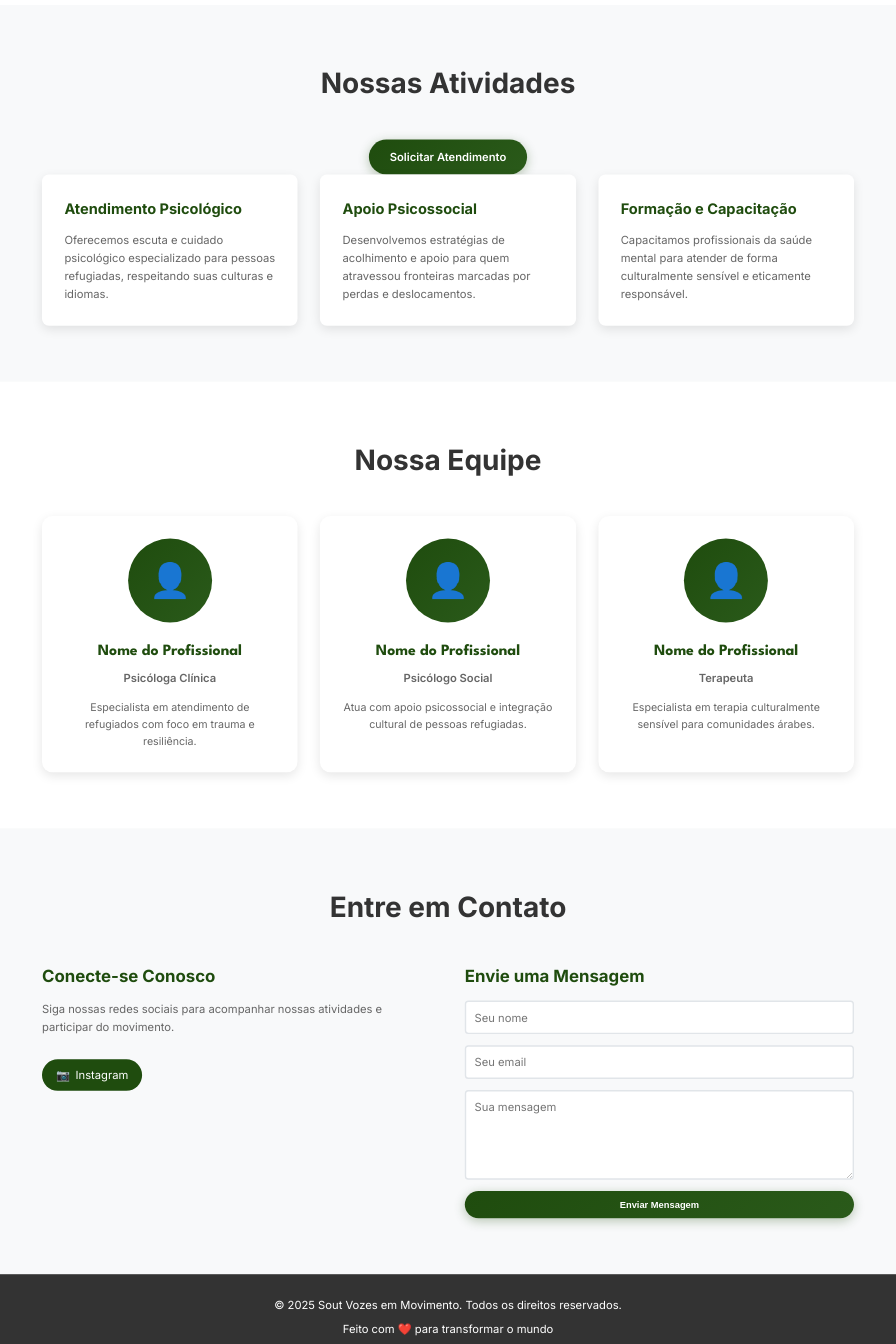
Repository: farukzahra/sout
Page: index.html
The author's editor kept a copy of each file at every save. The page is drawn from the files as they stood at one save, then again after the next save.
The browser window is 1280 px wide. The pictures show the part of the page from y = 1385 to 3305 px (the page is 3338 px tall before and 3386 px after), at 70% of full size.
Some web fonts or font styles are not loaded; a fallback is used.

Above is the page before, as saved 2025-10-02 18:58:53.

### index.html
<!DOCTYPE html>
<html lang="pt-BR">
<head>
    <meta charset="UTF-8">
    <meta name="viewport" content="width=device-width, initial-scale=1.0">
    <title>Sout Vozes em Movimento</title>
    <meta name="description" content="Sout Vozes em Movimento - Movimento social e cultural">
    <link rel="stylesheet" href="style.css">
    <link href="https://fonts.googleapis.com/css2?family=Inter:wght@300;400;600;700&display=swap" rel="stylesheet">
    <link href="https://fonts.googleapis.com/css2?family=League+Spartan:wght@400;500;600;700;800;900&display=swap" rel="stylesheet">
    <link href="https://fonts.googleapis.com/css2?family=TT+Chocolates:wght@400;500;600;700;800;900&display=swap" rel="stylesheet">
</head>
<body>
    <header class="header">
        <nav class="nav">
            <div class="nav-brand">
                <h1>صوت</h1>
            </div>
            <ul class="nav-menu">
                <li><a href="#sobre">Sobre</a></li>
                <li><a href="#atividades">Atividades</a></li>
                <li><a href="#equipe">Equipe</a></li>
                <li><a href="#contato">Contato</a></li>
            </ul>
        </nav>
    </header>

    <main>
        <section class="hero">
            <div class="hero-content">
                <div class="hero-logo">
                    <img src="logo-sout.png" alt="Sout Vozes em Movimento" class="logo-image">
                </div>
                <p>Somos uma rede de profissionais da saúde mental dedicada ao acolhimento e atendimento de pessoas refugiadas que falam árabe ou inglês.</p>
                <div class="hero-buttons">
                    <a href="https://docs.google.com/forms/d/e/1FAIpQLSdX9GY8Kb4WV73kovT06PzRr-wZtflIAKzWhxLjnU2snoAhzg/viewform" target="_blank" class="btn btn-primary">Seja Voluntário</a>
                </div>
            </div>
        </section>

        <section id="sobre" class="section">
            <div class="container">
                <h2>Sobre o Sout</h2>
                <div class="about-content">
                    <div class="about-text">
                        <p>"Sout - Vozes em Movimento" é uma rede de profissionais da saúde mental, com foco no acolhimento e atendimento de pessoas refugiadas que falam árabe ou inglês.</p>
                        <p>Atuamos de forma ética, sensível e culturalmente situada, oferecendo escuta, cuidado psicológico e apoio psicossocial a quem atravessou fronteiras marcadas por guerras, perdas e deslocamentos forçados.</p>
                        <p>Mais do que um serviço, Sout é um gesto coletivo de resistência e presença: escutamos histórias que o mundo silencia e cuidamos de vozes que seguem em movimento.</p>
                        <p>Num tempo em que tantas portas se fecham, escolhemos abrir escuta e afeto na língua que abriga a alma.</p>
                        <p>Acompanhe e apoie nosso trabalho!</p>
                    </div>
                    <div class="about-image">
                        <div class="placeholder-image">
                            <span>Imagem do Coletivo</span>
                        </div>
                    </div>
                </div>
            </div>
        </section>

        <section id="atividades" class="section section-alt">
            <div class="container">
                <h2>Nossas Atividades</h2>
                <div class="activities-cta">
                    <a href="https://docs.google.com/forms/d/e/1FAIpQLSe5NEX1NYhxfed3NNeuTooWfu9DNvktDcvF1o4Ne_LvsSUjIw/viewform" target="_blank" class="btn btn-primary">Solicitar Atendimento</a>
                </div>
                <div class="activities-grid">
                    <div class="activity-card">
                        <h3>Atendimento Psicológico</h3>
                        <p>Oferecemos escuta e cuidado psicológico especializado para pessoas refugiadas, respeitando suas culturas e idiomas.</p>
                    </div>
                    <div class="activity-card">
                        <h3>Apoio Psicossocial</h3>
                        <p>Desenvolvemos estratégias de acolhimento e apoio para quem atravessou fronteiras marcadas por perdas e deslocamentos.</p>
                    </div>
                    <div class="activity-card">
                        <h3>Formação e Capacitação</h3>
                        <p>Capacitamos profissionais da saúde mental para atender de forma culturalmente sensível e eticamente responsável.</p>
                    </div>
                </div>
            </div>
        </section>

        <section id="equipe" class="section">
            <div class="container">
                <h2>Nossa Equipe</h2>
                <div class="team-grid">
                    <div class="team-card">
                        <div class="team-photo">
                            <div class="placeholder-photo">
                                <span>👤</span>
                            </div>
                        </div>
                        <h3>Nome do Profissional</h3>
                        <p class="team-role">Psicóloga Clínica</p>
                        <p class="team-description">Especialista em atendimento de refugiados com foco em trauma e resiliência.</p>
                    </div>
                    <div class="team-card">
                        <div class="team-photo">
                            <div class="placeholder-photo">
                                <span>👤</span>
                            </div>
                        </div>
                        <h3>Nome do Profissional</h3>
                        <p class="team-role">Psicólogo Social</p>
                        <p class="team-description">Atua com apoio psicossocial e integração cultural de pessoas refugiadas.</p>
                    </div>
                    <div class="team-card">
                        <div class="team-photo">
                            <div class="placeholder-photo">
                                <span>👤</span>
                            </div>
                        </div>
                        <h3>Nome do Profissional</h3>
                        <p class="team-role">Terapeuta</p>
                        <p class="team-description">Especialista em terapia culturalmente sensível para comunidades árabes.</p>
                    </div>
                </div>
            </div>
        </section>

        <section id="contato" class="section section-alt">
            <div class="container">
                <h2>Entre em Contato</h2>
                <div class="contact-content">
                    <div class="contact-info">
                        <h3>Conecte-se Conosco</h3>
                        <p>Siga nossas redes sociais para acompanhar nossas atividades e participar do movimento.</p>
                        <div class="social-links">
                            <a href="https://www.instagram.com/sout_vozesemmovimento/" target="_blank" class="social-link">
                                <span>📷</span> Instagram
                            </a>
                        </div>
                    </div>
                    <div class="contact-form">
                        <h3>Envie uma Mensagem</h3>
                        <form action="https://api.web3forms.com/submit" method="POST" id="contact-form">
                            <input type="hidden" name="access_key" value="3ed1149a-7ec4-41a6-8297-e322822d6b4c">
                            <input type="hidden" name="subject" value="Nova mensagem do site Sout Vozes em Movimento">
                            <input type="text" name="name" placeholder="Seu nome" required>
                            <input type="email" name="email" placeholder="Seu email" required>
                            <textarea name="message" placeholder="Sua mensagem" rows="5" required></textarea>
                            <button type="submit" class="btn btn-primary">Enviar Mensagem</button>
                        </form>
                    </div>
                </div>
            </div>
        </section>
    </main>

    <footer class="footer">
        <div class="container">
            <p>&copy; 2025 Sout Vozes em Movimento. Todos os direitos reservados.</p>
            <p>Feito com ❤️ para transformar o mundo</p>
        </div>
    </footer>

    <script>
        // Smooth scrolling para links internos
        document.querySelectorAll('a[href^="#"]').forEach(anchor => {
            anchor.addEventListener('click', function (e) {
                e.preventDefault();
                const target = document.querySelector(this.getAttribute('href'));
                if (target) {
                    target.scrollIntoView({
                        behavior: 'smooth',
                        block: 'start'
                    });
                }
            });
        });

        // Formulário de contato com Web3Forms
        document.getElementById('contact-form').addEventListener('submit', function(e) {
            // Mostrar loading
            const submitBtn = this.querySelector('button[type="submit"]');
            const originalText = submitBtn.textContent;
            submitBtn.textContent = 'Enviando...';
            submitBtn.disabled = true;

            // O Web3Forms vai processar automaticamente
            // Não precisamos de preventDefault() pois queremos que o form seja enviado
        });
    </script>
</body>
</html>

### style.css
/* Reset e configurações básicas */
* {
    margin: 0;
    padding: 0;
    box-sizing: border-box;
}

body {
    font-family: 'Inter', sans-serif;
    line-height: 1.6;
    color: #333;
    background-color: #fff;
}

.container {
    max-width: 1200px;
    margin: 0 auto;
    padding: 0 20px;
}

/* Header */
.header {
    background-color: #1F4C0E;
    color: white;
    padding: 1rem 0;
    position: fixed;
    top: 0;
    width: 100%;
    z-index: 1000;
    box-shadow: 0 2px 10px rgba(0,0,0,0.1);
}

.nav {
    display: flex;
    justify-content: space-between;
    align-items: center;
    max-width: 1200px;
    margin: 0 auto;
    padding: 0 20px;
}

.nav-brand h1 {
    font-size: 1.5rem;
    font-weight: 700;
    direction: rtl;
    font-family: 'TT Chocolates', 'League Spartan', 'Inter', 'Arial', sans-serif;
}

.hero-logo {
    margin-bottom: 1rem;
}

.logo-image {
    max-width: 400px;
    width: 100%;
    height: auto;
    object-fit: contain;
}

.hero-logo .logo-subtitle {
    font-size: 1.2rem;
    opacity: 0.9;
}

.nav-menu {
    display: flex;
    list-style: none;
    gap: 2rem;
}

.nav-menu a {
    color: white;
    text-decoration: none;
    font-weight: 500;
    transition: opacity 0.3s ease;
}

.nav-menu a:hover {
    opacity: 0.8;
}

/* Hero Section */
.hero {
    background-color: #1F4C0E;
    color: white;
    padding: 60px 0 80px;
    text-align: center;
    min-height: 100vh;
    display: flex;
    align-items: center;
    justify-content: center;
}


.hero-content h2 {
    font-size: 3rem;
    font-weight: 700;
    margin-bottom: 1rem;
    text-shadow: 2px 2px 4px rgba(0,0,0,0.3);
    font-family: 'League Spartan', 'Inter', 'Arial', sans-serif;
}

.hero-content {
    max-width: 800px;
    margin: 0 auto;
    padding: 0 20px;
}

.hero-content p {
    font-size: 1.2rem;
    margin-top: 1rem;
    margin-bottom: 2rem;
    max-width: 600px;
    margin-left: auto;
    margin-right: auto;
    opacity: 0.9;
}

.hero-buttons {
    display: flex;
    gap: 1rem;
    justify-content: center;
    flex-wrap: wrap;
}

/* Botões */
.btn {
    display: inline-block;
    padding: 12px 30px;
    text-decoration: none;
    border-radius: 50px;
    font-weight: 600;
    transition: all 0.3s ease;
    border: 2px solid transparent;
}

.btn-primary {
    background: linear-gradient(135deg, #1F4C0E 0%, #2a5a1a 100%);
    color: white;
    border: none;
    box-shadow: 0 4px 15px rgba(31, 76, 14, 0.3);
    transition: all 0.3s ease;
}

.btn-primary:hover {
    background: linear-gradient(135deg, #2a5a1a 0%, #1F4C0E 100%);
    transform: translateY(-2px);
    box-shadow: 0 6px 20px rgba(31, 76, 14, 0.4);
}

.btn-secondary {
    background: transparent;
    color: white;
    border: 2px solid white;
    box-shadow: 0 4px 15px rgba(255, 255, 255, 0.2);
}

.btn-secondary:hover {
    background: white;
    color: #1F4C0E;
    transform: translateY(-2px);
    box-shadow: 0 6px 20px rgba(255, 255, 255, 0.3);
}

.btn-tertiary {
    background: rgba(255, 255, 255, 0.1);
    color: white;
    border: 2px solid rgba(255, 255, 255, 0.3);
    backdrop-filter: blur(10px);
    box-shadow: 0 4px 15px rgba(255, 255, 255, 0.1);
}

.btn-tertiary:hover {
    background: rgba(255, 255, 255, 0.2);
    border-color: rgba(255, 255, 255, 0.5);
    transform: translateY(-2px);
    box-shadow: 0 6px 20px rgba(255, 255, 255, 0.2);
}

/* Seções */
.section {
    padding: 80px 0;
}

.section-alt {
    background-color: #f8f9fa;
}

.section h2 {
    text-align: center;
    font-size: 2.5rem;
    margin-bottom: 3rem;
    color: #333;
}

/* Sobre */
.about-content {
    display: grid;
    grid-template-columns: 2fr 1fr;
    gap: 3rem;
    align-items: center;
}

.about-text p {
    font-size: 1.1rem;
    margin-bottom: 1.5rem;
    color: #666;
}

.placeholder-image {
    background-color: #1F4C0E;
    height: 300px;
    border-radius: 10px;
    display: flex;
    align-items: center;
    justify-content: center;
    color: white;
    font-size: 1.2rem;
    font-weight: 600;
}

/* Atividades */
.activities-grid {
    display: grid;
    grid-template-columns: repeat(auto-fit, minmax(300px, 1fr));
    gap: 2rem;
}

/* Equipe */
.team-grid {
    display: grid;
    grid-template-columns: repeat(auto-fit, minmax(280px, 1fr));
    gap: 2rem;
    margin-top: 2rem;
}

.team-card {
    background: white;
    padding: 2rem;
    border-radius: 15px;
    box-shadow: 0 5px 15px rgba(0,0,0,0.1);
    text-align: center;
    transition: transform 0.3s ease, box-shadow 0.3s ease;
}

.team-card:hover {
    transform: translateY(-5px);
    box-shadow: 0 10px 25px rgba(0,0,0,0.15);
}

.team-photo {
    margin-bottom: 1.5rem;
}

.placeholder-photo {
    width: 120px;
    height: 120px;
    background: linear-gradient(135deg, #1F4C0E 0%, #2a5a1a 100%);
    border-radius: 50%;
    display: flex;
    align-items: center;
    justify-content: center;
    margin: 0 auto;
    font-size: 3rem;
    color: white;
}

.team-card h3 {
    color: #1F4C0E;
    margin-bottom: 0.5rem;
    font-size: 1.4rem;
    font-family: 'League Spartan', 'Inter', 'Arial', sans-serif;
}

.team-role {
    color: #666;
    font-weight: 600;
    margin-bottom: 1rem;
    font-size: 1rem;
}

.team-description {
    color: #666;
    line-height: 1.6;
    font-size: 0.95rem;
}

.activity-card {
    background: white;
    padding: 2rem;
    border-radius: 10px;
    box-shadow: 0 5px 15px rgba(0,0,0,0.1);
    transition: transform 0.3s ease, box-shadow 0.3s ease;
}

.activity-card:hover {
    transform: translateY(-5px);
    box-shadow: 0 10px 25px rgba(0,0,0,0.15);
}

.activity-card h3 {
    color: #1F4C0E;
    margin-bottom: 1rem;
    font-size: 1.3rem;
}

.activity-card p {
    color: #666;
    line-height: 1.6;
}

.activities-cta {
    text-align: center;
    margin-top: 3rem;
}

/* Contato */
.contact-content {
    display: grid;
    grid-template-columns: 1fr 1fr;
    gap: 3rem;
}

.contact-info h3 {
    color: #1F4C0E;
    margin-bottom: 1rem;
    font-size: 1.5rem;
}

.contact-info p {
    color: #666;
    margin-bottom: 2rem;
}

.social-links {
    display: flex;
    gap: 1rem;
}

.social-link {
    display: flex;
    align-items: center;
    gap: 0.5rem;
    padding: 10px 20px;
    background-color: #1F4C0E;
    color: white;
    text-decoration: none;
    border-radius: 25px;
    transition: transform 0.3s ease;
}

.social-link:hover {
    transform: translateY(-2px);
}

.contact-form h3 {
    color: #1F4C0E;
    margin-bottom: 1rem;
    font-size: 1.5rem;
}

.contact-form form {
    display: flex;
    flex-direction: column;
    gap: 1rem;
}

.contact-form input,
.contact-form textarea {
    padding: 12px;
    border: 2px solid #e1e5e9;
    border-radius: 5px;
    font-family: inherit;
    font-size: 1rem;
    transition: border-color 0.3s ease;
}

.contact-form input:focus,
.contact-form textarea:focus {
    outline: none;
    border-color: #1F4C0E;
}

.contact-form textarea {
    resize: vertical;
    min-height: 120px;
}

/* Footer */
.footer {
    background: #333;
    color: white;
    text-align: center;
    padding: 2rem 0;
}

.footer p {
    margin-bottom: 0.5rem;
}

/* Responsividade */
@media (max-width: 768px) {
    .nav {
        flex-direction: column;
        gap: 1rem;
    }

    .nav-menu {
        gap: 1rem;
    }

    .logo-image {
        max-width: 300px;
    }

    .hero-content h2 {
        font-size: 2rem;
        font-family: 'League Spartan', 'Inter', 'Arial', sans-serif;
    }

    .hero-buttons {
        flex-direction: column;
        align-items: center;
        gap: 0.8rem;
    }

    .about-content,
    .contact-content {
        grid-template-columns: 1fr;
        gap: 2rem;
    }

    .activities-grid {
        grid-template-columns: 1fr;
    }

    .team-grid {
        grid-template-columns: 1fr;
    }

    .section h2 {
        font-size: 2rem;
    }
}

@media (max-width: 480px) {
    .hero {
        padding: 40px 0 60px;
    }

    .logo-image {
        max-width: 250px;
    }

    .hero-content h2 {
        font-size: 1.8rem;
        font-family: 'League Spartan', 'Inter', 'Arial', sans-serif;
    }

    .hero-content p {
        font-size: 1rem;
    }

    .section {
        padding: 60px 0;
    }

    .container {
        padding: 0 15px;
    }
}

After the next save:
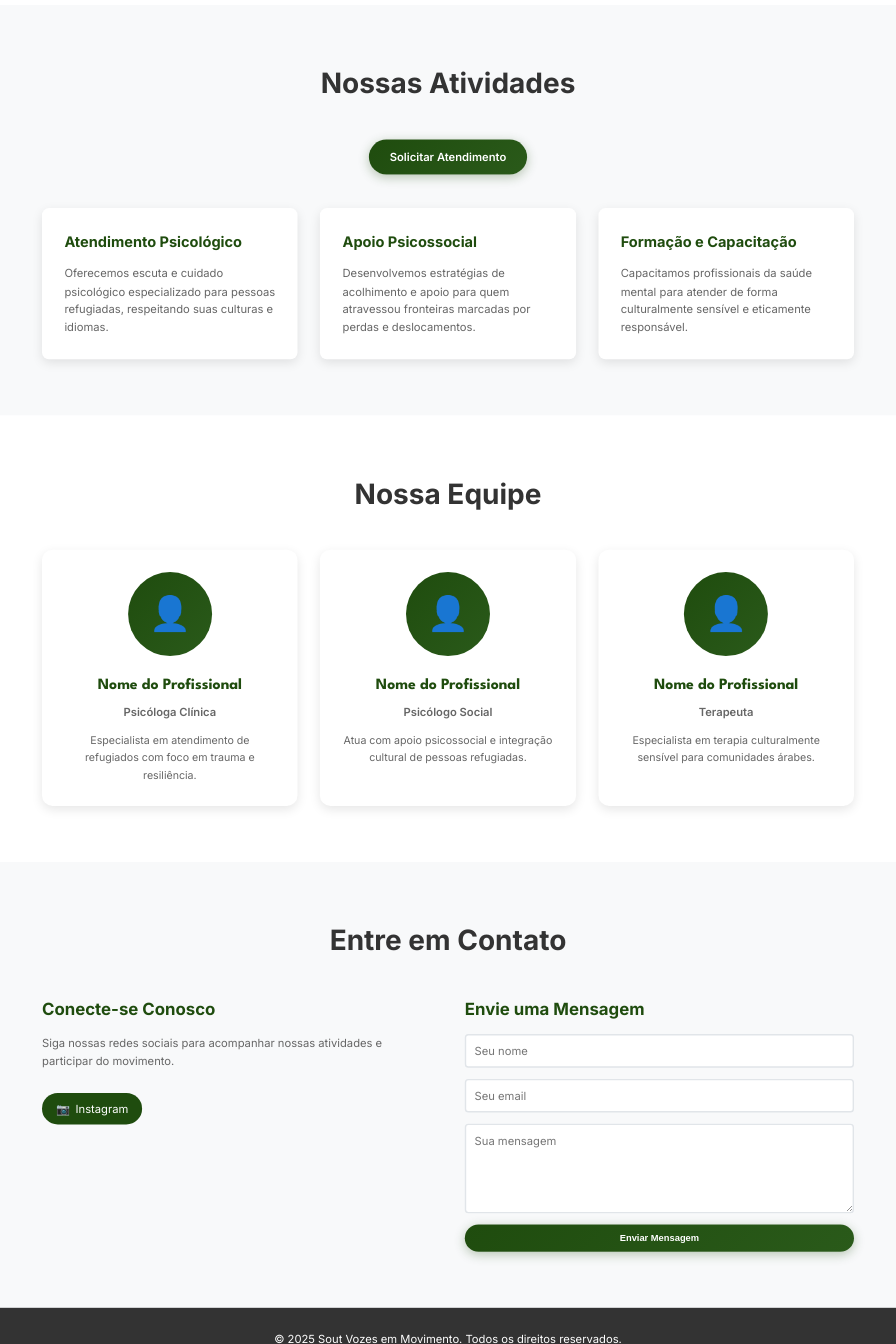
Saved 4 s later.
--- a/style.css
+++ b/style.css
@@ -311,7 +311,7 @@ body {
 
 .activities-cta {
     text-align: center;
-    margin-top: 3rem;
+    margin: 2rem 0 3rem 0;
 }
 
 /* Contato */
